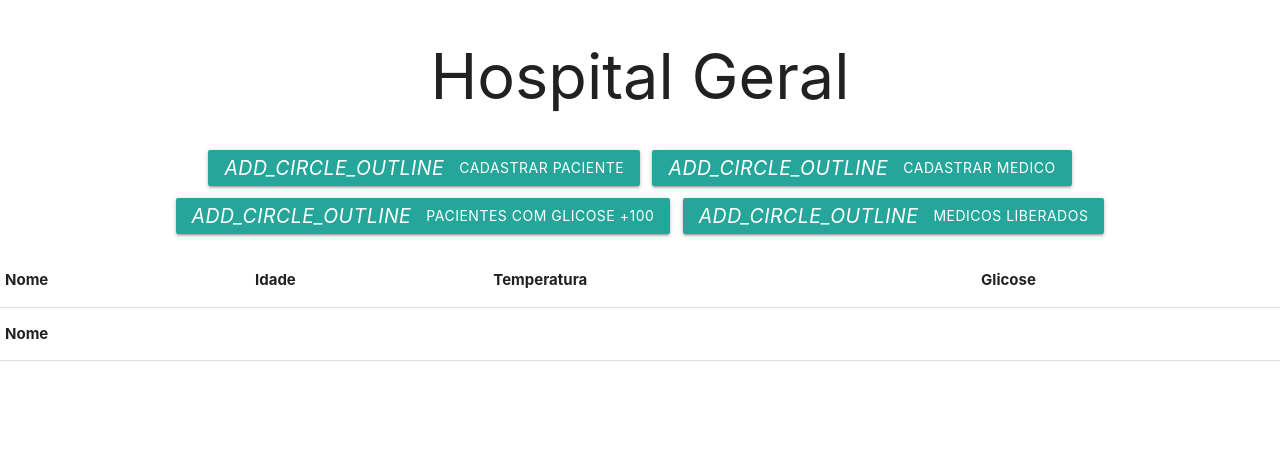
Repository: Greg123-del/hospitalapp
Page: http://localhost/index
These files come from the project's save history. The page is drawn as it stood at one moment and after the next save; the edit follows.
The browser window is 1280 px wide. The pictures show the whole page.
The page is this project's Thymeleaf template; nobody is signed in. The template is opened directly, without the code that normally fills it, so the values that code supplies are empty.

Above is the page before, as saved 2019-09-20 14:03:55.

### Hospital-Backend/hospitalapp/src/main/resources/templates/index.html
<!DOCTYPE html>
<html xmlns:th="http://thymeleaf.org"
	  xmlns:layout="http://www.ultraq.net.nz/thymeleaf/layout">

<head>
	<title>Hospitalapp</title>
	<!--Import Google Icon Font-->
      <link href="https://fonts.googleapis.com/icon?family=Material+Icons" rel="stylesheet"/>
      <!--Import materialize.css-->
      <link type="text/css" rel="stylesheet" href="materialize/css/materialize.min.css"  media="screen,projection"/>
      <link type="text/css" rel="stylesheet" href="materialize/css/materialize.css"  media="screen,projection"/>


      <!--Let browser know website is optimized for mobile-->
      <meta name="viewport" content="width=device-width, initial-scale=1.0"/>
    </head>
</head>
<body>


<h1 class ="Text-principal">Hospital Geral</h1>
<h3 class = "Principal-buttons">
<a href="/cadastrarPaciente" class="waves-effect waves-light btn"><i class="material-icons left">add_circle_outline</i>Cadastrar Paciente</a>
<a href="/cadastrarMedico" class="waves-effect waves-light btn"><i class="material-icons left">add_circle_outline</i>Cadastrar Medico</a>
<a href="/listarPaciente" class="waves-effect waves-light btn"><i class="material-icons left">add_circle_outline</i>Pacientes com glicose +100</a>
<a href="/listarMedico" class="waves-effect waves-light btn"><i class="material-icons left">add_circle_outline</i>Medicos Liberados</a>

</h3>

<table>
	<thead>
		<tr>
			<th>Nome</th>
			<th>Idade</th>
			<th>Temperatura</th>
			<th>Glicose</th>
		</tr>
	</thead>
	<tbody>
		<tr th:each="pacientes : ${pacientes}">
			<td><span th:text="${pacientes.name}"></span></td>
			<td><span th:text="${pacientes.age}"></span></td>
			<td><span th:text="${pacientes.temperature}"></span></td>
			<td><span th:text="${pacientes.glicose}"></span></td>

			</tr>
		</tbody>
	</table>
<table>
	<thead>
		<tr>
			<th>Nome</th>
		</tr>
	</thead>
	<tbody>
		<tr th:each="medicos : ${medicos}">
			<td><span th:text="${medicos.nome}"></span></td>
			</tr>
		</tbody>
	</table>

<script type="text/javascript" src="materialize/js/materialize.min.js"></script>
</body>
</html>

### Hospital-Backend/hospitalapp/src/main/resources/static/materialize/css/materialize.css
h1.Text-principal{
	font-size: 4.2rem;
    line-height: 110%;
    margin: 2.8rem 0 1.68rem 0;
    text-align: center;
}

h3.Principal-buttons{
	    text-align: center;

}


h3.Principal-text {
    font-size: 24px;
}

Loaded but not shown: Hospital-Backend/hospitalapp/src/main/resources/static/materialize/css/materialize.min.css (library); Hospital-Backend/hospitalapp/src/main/resources/static/materialize/js/materialize.min.js (library)

After the next save:
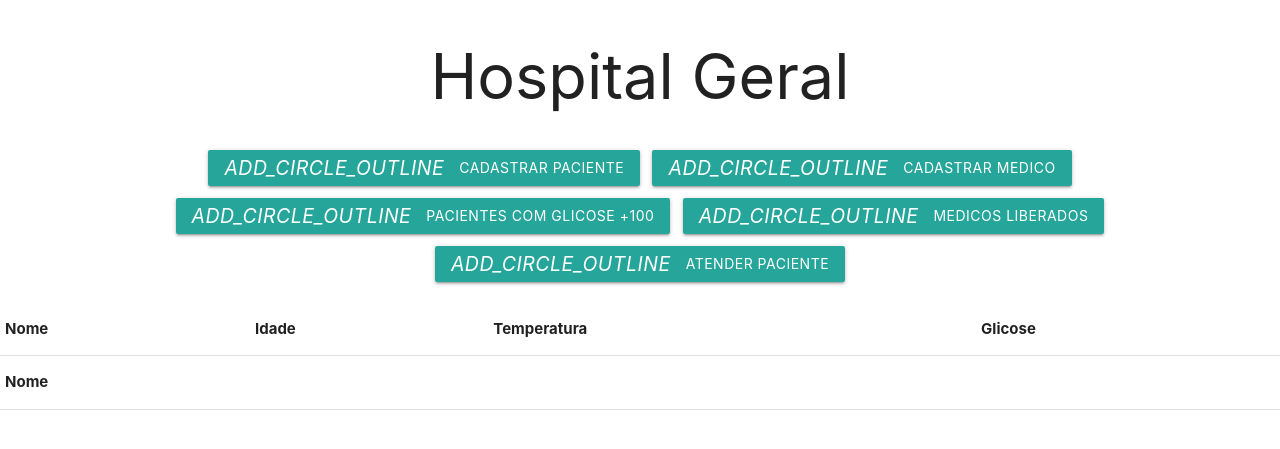
Saved 12 min 25 s later.
--- a/Hospital-Backend/hospitalapp/src/main/resources/templates/index.html
+++ b/Hospital-Backend/hospitalapp/src/main/resources/templates/index.html
@@ -24,6 +24,8 @@
 <a href="/cadastrarMedico" class="waves-effect waves-light btn"><i class="material-icons left">add_circle_outline</i>Cadastrar Medico</a>
 <a href="/listarPaciente" class="waves-effect waves-light btn"><i class="material-icons left">add_circle_outline</i>Pacientes com glicose +100</a>
 <a href="/listarMedico" class="waves-effect waves-light btn"><i class="material-icons left">add_circle_outline</i>Medicos Liberados</a>
+<a href="/atenderPaciente" class="waves-effect waves-light btn"><i class="material-icons left">add_circle_outline</i>Atender Paciente</a>
+
 
 </h3>
 
